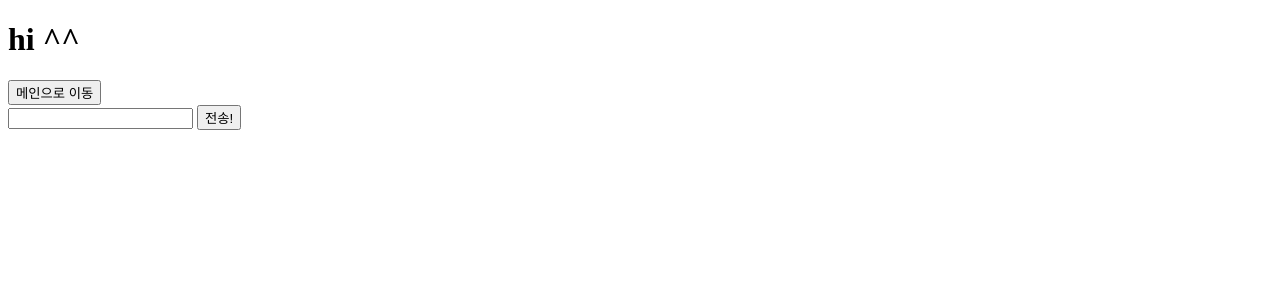
Repository: minheock/jsp
Page: servlet01/src/main/webapp/index.html
An editor plug-in stored every save of this project. The page is shown before and after the next save, followed by the edit.
The browser window is 1280 px wide. The pictures show the whole page.

Above is the page before, as saved 2023-08-30 07:49:11.

### servlet01/src/main/webapp/index.html
<!DOCTYPE html>
<html>
<head>
<meta charset="UTF-8">
<title>Insert title here</title>
</head>
<body>
	<h1> hi ^^</h1>
	<button onclick="location.href='main'">메인으로 이동</button>
	<form action="ServletDo" method="get">
		<input name="nm" type="text">
		<input type="submit" value="전송!">
	</form>
</body>
</html>

After the next save:
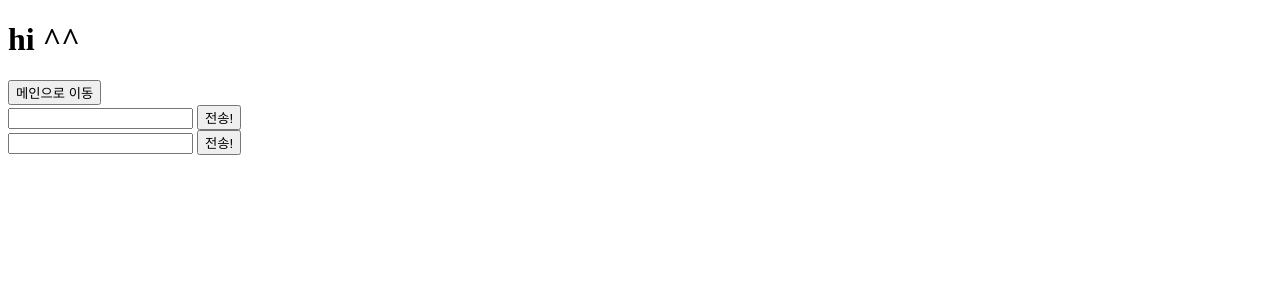
Saved 14 min 36 s later.
--- a/servlet01/src/main/webapp/index.html
+++ b/servlet01/src/main/webapp/index.html
@@ -11,5 +11,9 @@
 		<input name="nm" type="text">
 		<input type="submit" value="전송!">
 	</form>
+	<form action="ServletDo" method="post">
+		<input name="nm" type="text">
+		<input type="submit" value="전송!">
+	</form>
 </body>
 </html>
